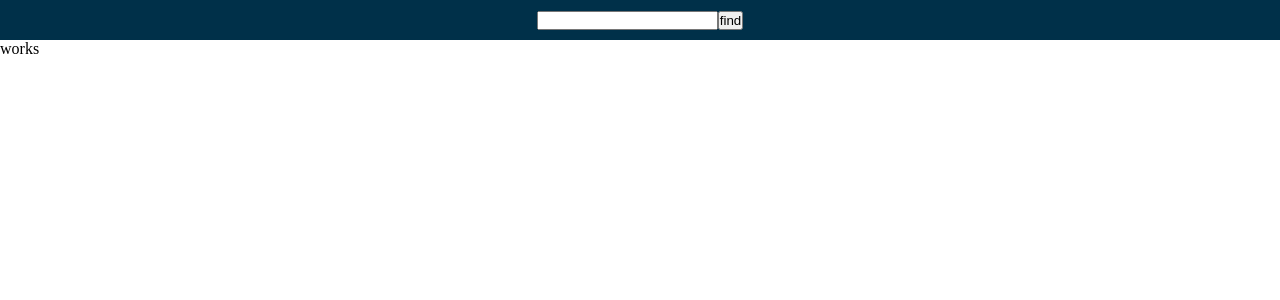
Repository: rutsguifd/uni
Page: / (app in filmhub-react/)
The author's editor kept a copy of each file at every save. The page is drawn from the files as they stood at one save, then again after the next save.
The browser window is 1280 px wide. The pictures show the whole page.
The page's requests for data from a server got no answer. The project was rebuilt for these pictures with package versions that can differ from the ones it lists, and the page was loaded fresh each time. No one was signed in, and anything a server would have sent is missing.

Above is the page before, as saved 2022-04-12 02:33:08.

### filmhub-react/src/index.js
import React from "react";
import ReactDOM from "react-dom";
import { Provider } from "react-redux";
import App from "./App";
import { store } from "./store"

ReactDOM.render(
  <React.StrictMode>
    <Provider store={store}>
      <App />
    </Provider>
  </React.StrictMode>,
  document.getElementById("root")
);

### filmhub-react/src/App.js
import axios from "axios";
import { useEffect } from "react";
import Header from "./components/Header";
import './styles/App.css'

function App() {
  const fetch = () => {
    axios.get('http://www.omdbapi.com/?apikey=c4183736&s=superman&page=2')
  .then((response)=>console.log(response.data));
  }
    useEffect(()=>{fetch()},[])
  return (
    <div className="App">
    <Header/>
      works
    </div>
  );
}

export default App;

### filmhub-react/src/store/index.js
import { combineReducers, createStore } from "redux";
import { composeWithDevTools } from "redux-devtools-extension";
import { fetchDataReducer } from "./fetchDataReducer";
const rootReducer = combineReducers({
    fetchDataReducer
})

export const store = createStore(rootReducer, composeWithDevTools())

### filmhub-react/src/components/Header.jsx
import React, { useState } from "react";
import { useDispatch, useSelector } from "react-redux";
import "../styles/Header.css"

const Header = () => {
  const [searchQuery, setSearchQuery] = useState("");
  const dispatch = useDispatch();
  const fetchData = (e) => {
      e.preventDefault()
      dispatch({type: "FETCH_SEARCH_MOVIE", payload: searchQuery})
      console.log()
  }
  const a = useSelector((state)=>state.fetchDataReducer.movies)
  return (
    <div className="header">
      <form>
        <input
          value={searchQuery}
          onChange={(e) => setSearchQuery(e.target.value)}
        />
        <button onClick={fetchData}>find</button>
      </form>
    </div>
  );
};

export default Header;

### filmhub-react/src/store/fetchDataReducer.js
import axios from "axios";

const initialState = {
    movies: []
};

const FETCH_SEARCH_MOVIE = "FETCH_SEARCH_MOVIE";
const fetchSearchMovie = (searchQuery) => axios.get(`http://www.omdbapi.com/?apikey=c4183736&s=${searchQuery}`)
.then((response)=>response.data);

export const fetchDataReducer = (state = initialState, action) => {
    switch(action.type) {
        case FETCH_SEARCH_MOVIE:
            return {...state, movies: [...state.movies, fetchSearchMovie(action.payload)]}
        default:
            return state;
    }
}

### filmhub-react/src/styles/Header.css
.header{
    display: flex;
    height: 40px;
    justify-content: center;
    align-items: center;
    background-color: #003049;
}

Loaded but not shown: filmhub-react/public/index.html (common file); filmhub-react/src/styles/App.css (common file)

After the next save:
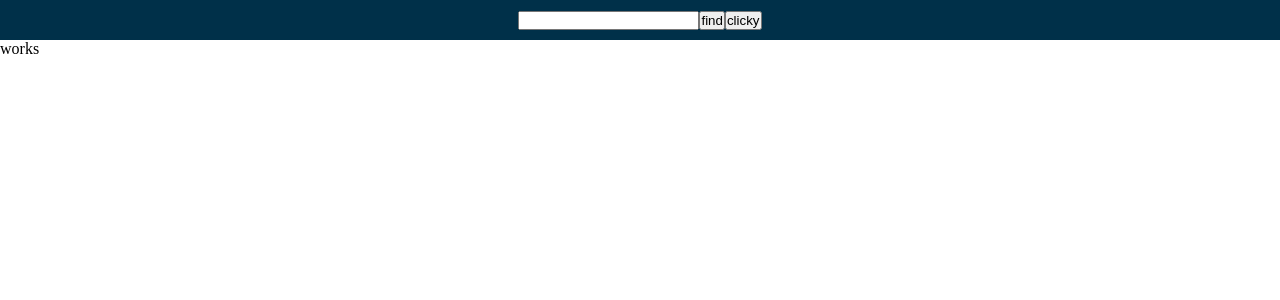
Saved 3 min 14 s later.
--- a/filmhub-react/src/components/Header.jsx
+++ b/filmhub-react/src/components/Header.jsx
@@ -8,9 +8,12 @@ const Header = () => {
   const fetchData = (e) => {
       e.preventDefault()
       dispatch({type: "FETCH_SEARCH_MOVIE", payload: searchQuery})
-      console.log()
   }
   const a = useSelector((state)=>state.fetchDataReducer.movies)
+  const clicky = (e) => {
+      e.preventDefault()
+      console.log(a)
+  }
   return (
     <div className="header">
       <form>
@@ -19,6 +22,7 @@ const Header = () => {
           onChange={(e) => setSearchQuery(e.target.value)}
         />
         <button onClick={fetchData}>find</button>
+        <button onClick={clicky}>clicky</button>
       </form>
     </div>
   );
